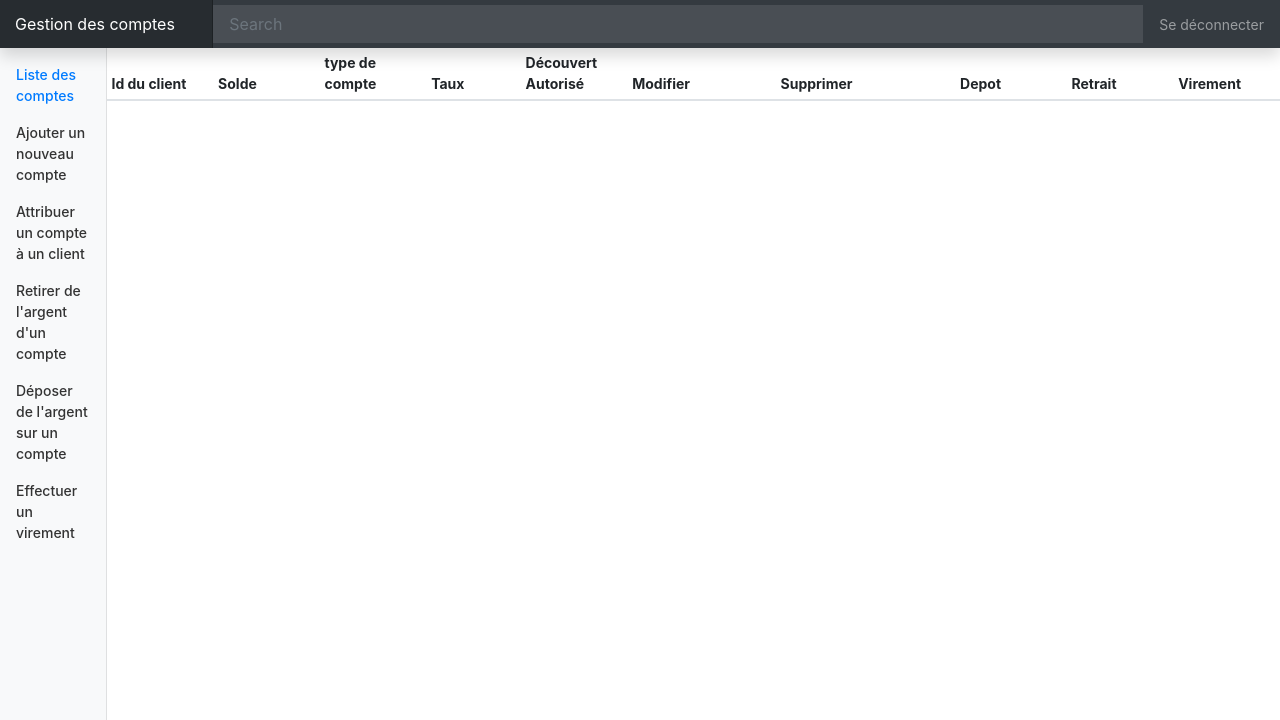
Repository: liiiseee/Projet
Page: http://localhost/02_projet_gestion_clients_compte/menu-comptes.jsp
The author's editor kept a copy of each file at every save. The page is drawn from the files as they stood at one save, then again after the next save.
The browser window is 1280 px wide. The pictures show the whole page.
The page is served by Tomcat 9. Other server files are loaded and not shown. The template is opened directly, without the code that normally fills it, so the values that code supplies are empty.

Above is the page before, as saved 2020-03-30 15:20:51.

### 02_projet_gestion_clients_compte/WebContent/menu-comptes.jsp
<%@ page language="java" contentType="text/html; charset=ISO-8859-1"
    pageEncoding="ISO-8859-1"%>

<%@ taglib uri="http://java.sun.com/jsp/jstl/core" prefix="c"%>
<!DOCTYPE html>
<html>
<head>
<meta charset="ISO-8859-1">
<title>liste comptes</title>
<link href="assets/styles/bootstrap.min.css" rel="stylesheet" >

 <style>
      .bd-placeholder-img {
        font-size: 1.125rem;
        text-anchor: middle;
        -webkit-user-select: none;
        -moz-user-select: none;
        -ms-user-select: none;
        user-select: none;
      }

      @media (min-width: 768px) {
        .bd-placeholder-img-lg {
          font-size: 3.5rem;
        }
      }
    </style>
    <!-- Custom styles for this template -->
    <link href="assets/styles/dashboard.css" rel="stylesheet">
</head>
<body>

    <nav class="navbar navbar-dark fixed-top bg-dark flex-md-nowrap p-0 shadow">
  <a class="navbar-brand col-sm-3 col-md-2 mr-0" href="#">Gestion des comptes</a>
  <input class="form-control form-control-dark w-100" type="text" placeholder="Search" aria-label="Search">
  <ul class="navbar-nav px-3">
    <li class="nav-item text-nowrap">
      <a class="nav-link" href="authentification-servlet?destroy=true">Se déconnecter</a>
    </li>
  </ul>
</nav>

<div class="container-fluid" >
  <div class="row">
    <nav class="col-md-1 d-none d-md-block bg-light sidebar" >
      <div class="sidebar-sticky">
        <ul class="nav flex-column">
          <li class="nav-item">
            <a class="nav-link active" href="#">
              <span data-feather="home"></span>
              Liste des comptes <span class="sr-only">(current)</span>
            </a>
          </li>
          <li class="nav-item">
            <a class="nav-link" href="ajout-compte.jsp">
              <span data-feather="file"></span>
              Ajouter un nouveau compte
            </a>
          </li>
          <li class="nav-item">
            <a class="nav-link" href="attribuer-compte.jsp">
              <span data-feather="file"></span>
              Attribuer un compte à un client
            </a>
          </li>
         <li class="nav-item">
          <input type="hidden" name="action" value="liste"/>
            <a class="nav-link" href="menu-retrait.jsp">
              <span data-feather="shopping-cart"></span>
              Retirer de l'argent d'un compte
            </a>
          </li>

          <li class="nav-item">
          <input type="hidden" name="action" value="dep"/>
            <a class="nav-link" href="menu-depot.jsp">
              <span data-feather="users"></span>
             Déposer de l'argent sur un compte
            </a>
          </li>
          <li class="nav-item">
            <a class="nav-link" href="#">
              <span data-feather="bar-chart-2"></span>
              Effectuer un virement
            </a>
          </li>
          </ul>



      </div>
    </nav>
    </div>
    </div>





   <h2>Liste des comptes</h2>

     <div class="table-responsive">
       <table  class="table table-striped table-sm">




          <thead >
            <tr>
              	<th class="col-md-1" style="width:10%;">ID</th>
              	<th class="col-md-1" style="width:10%;">Id du client</th>
	 			<th class="col-md-1" style="width:10px;">Solde</th>
	 			<th class="col-md-1" style="width:10%;">type de compte</th>
	 			<th class="col-md-1" style="width:10px;">Taux</th>
	 			<th class="col-md-1" style="width:10%;">Découvert Autorisé</th>
	 			<th class="col-md-1" style="width:10px;">Modifier</th>
	 			<th class="col-md-1" style="width:10px;">Supprimer</th>
	 			<th class="col-md-1" style="width:10px;">Depot</th>
	 			<th class="col-md-1">Retrait</th>
	 			<th class="col-md-1">Virement</th>

            </tr>
          </thead>
          <tbody>
            <c:forEach items="${liste_comptes}" var="compte">
	 			<tr>

	 				<td>${compte.idCompte }</td>
	 				<td> ${compte.clientID } </td>
	 				<td> ${compte.solde } </td>
	 				<td> ${compte.typeCompte } </td>
	 				<td> ${compte.taux } </td>
	 				<td> ${compte.decouvert } </td>
	 				<td>
	 					<a href="gestion-compte-servlet?action=modif&id-compte=${compte.idCompte}">modifier</a>
	 				</td>


	 				<td>
	 					<a href="gestion-compte-servlet?action=supp&id-compte=${compte.idCompte}">supprimer</a>
	 				</td>

	 				<td>
	 					<a href="gestion-compte-servlet?action=depot&id-compte=${compte.idCompte}">depot</a>
	 				</td>

	 				<td>
	 					<a href="gestion-compte-servlet?action=retrait&id-compte=${compte.idCompte}">retrait</a>
	 				</td>
	 				<td>
	 					<a href="gestion-compte-servlet?action=virement&id-compte=${compte.idCompte}">virement</a>
	 				</td>




	 				</tr>

            </c:forEach>


          </tbody>

        </table>

            </div>




</body>
</html>

### 02_projet_gestion_clients_compte/WebContent/assets/styles/dashboard.css
@charset "ISO-8859-1";

body {
  font-size: .875rem;
}

.feather {
  width: 16px;
  height: 16px;
  vertical-align: text-bottom;
}

/*
 * Sidebar
 */

.sidebar {
  position: fixed;
  top: 0;
  bottom: 0;
  left: 0;
  z-index: 100; /* Behind the navbar */
  padding: 48px 0 0; /* Height of navbar */
  box-shadow: inset -1px 0 0 rgba(0, 0, 0, .1);
}

.sidebar-sticky {
  position: relative;
  top: 0;
  height: calc(100vh - 48px);
  padding-top: .5rem;
  overflow-x: hidden;
  overflow-y: auto; /* Scrollable contents if viewport is shorter than content. */
}

@supports ((position: -webkit-sticky) or (position: sticky)) {
  .sidebar-sticky {
    position: -webkit-sticky;
    position: sticky;
  }
}

.sidebar .nav-link {
  font-weight: 500;
  color: #333;
}

.sidebar .nav-link .feather {
  margin-right: 4px;
  color: #999;
}

.sidebar .nav-link.active {
  color: #007bff;
}

.sidebar .nav-link:hover .feather,
.sidebar .nav-link.active .feather {
  color: inherit;
}

.sidebar-heading {
  font-size: .75rem;
  text-transform: uppercase;
}

/*
 * Content
 */

[role="main"] {
  padding-top: 133px; /* Space for fixed navbar */
}

@media (min-width: 768px) {
  [role="main"] {
    padding-top: 48px; /* Space for fixed navbar */
  }
}

/*
 * Navbar
 */

.navbar-brand {
  padding-top: .75rem;
  padding-bottom: .75rem;
  font-size: 1rem;
  background-color: rgba(0, 0, 0, .25);
  box-shadow: inset -1px 0 0 rgba(0, 0, 0, .25);
}

.navbar .form-control {
  padding: .75rem 1rem;
  border-width: 0;
  border-radius: 0;
}

.form-control-dark {
  color: #fff;
  background-color: rgba(255, 255, 255, .1);
  border-color: rgba(255, 255, 255, .1);
}

.form-control-dark:focus {
  border-color: transparent;
  box-shadow: 0 0 0 3px rgba(255, 255, 255, .25);
}

Loaded but not shown: 02_projet_gestion_clients_compte/WebContent/assets/styles/bootstrap.min.css (library)

After the next save:
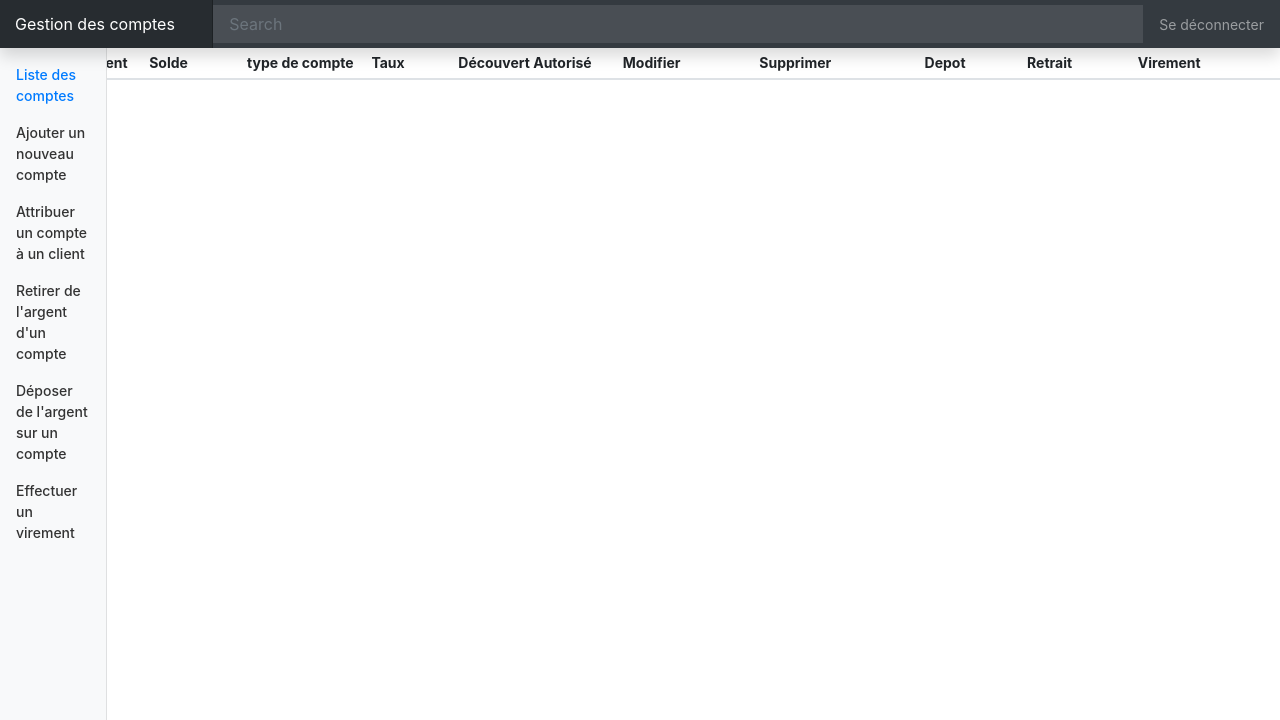
Saved 2 min 13 s later.
--- a/02_projet_gestion_clients_compte/WebContent/menu-comptes.jsp
+++ b/02_projet_gestion_clients_compte/WebContent/menu-comptes.jsp
@@ -107,17 +107,17 @@
 
           <thead >
             <tr>
-              	<th class="col-md-1" style="width:10%;">ID</th>
-              	<th class="col-md-1" style="width:10%;">Id du client</th>
+              	<th class="col-md-1" style="width:10px;">ID</th>
+              	<th class="col-md-1" style="width:10px;">Id du client</th>
 	 			<th class="col-md-1" style="width:10px;">Solde</th>
-	 			<th class="col-md-1" style="width:10%;">type de compte</th>
+	 			<th class="col-md-1" style="width:10px;">type de compte</th>
 	 			<th class="col-md-1" style="width:10px;">Taux</th>
-	 			<th class="col-md-1" style="width:10%;">Découvert Autorisé</th>
+	 			<th class="col-md-1" style="width:10px;">Découvert Autorisé</th>
 	 			<th class="col-md-1" style="width:10px;">Modifier</th>
 	 			<th class="col-md-1" style="width:10px;">Supprimer</th>
 	 			<th class="col-md-1" style="width:10px;">Depot</th>
-	 			<th class="col-md-1">Retrait</th>
-	 			<th class="col-md-1">Virement</th>
+	 			<th class="col-md-1" style="width:10px;">Retrait</th>
+	 			<th class="col-md-1" style="width:10px;">Virement</th>
 
             </tr>
           </thead>
